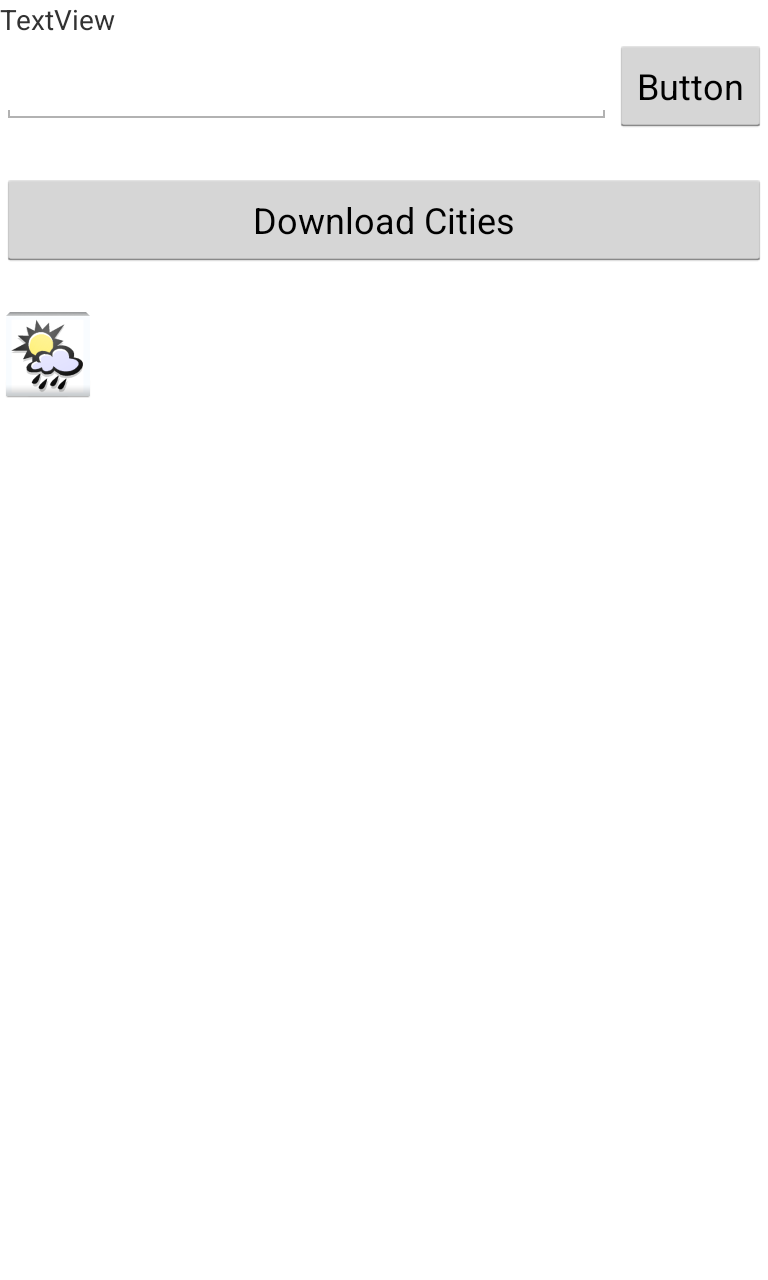
Repository: vinny1575/Java1
Layout: TempCalc20/res/layout/form.xml
An editor plug-in stored every save of this project. The layout is shown before and after the next save, followed by the edit.
It is drawn on a 768 x 1280 px phone screen (xhdpi) without system bars, with theme AppTheme; the app's code is not run.

Above is the layout before, as saved 2013-05-02 12:01:07.

After the next save:
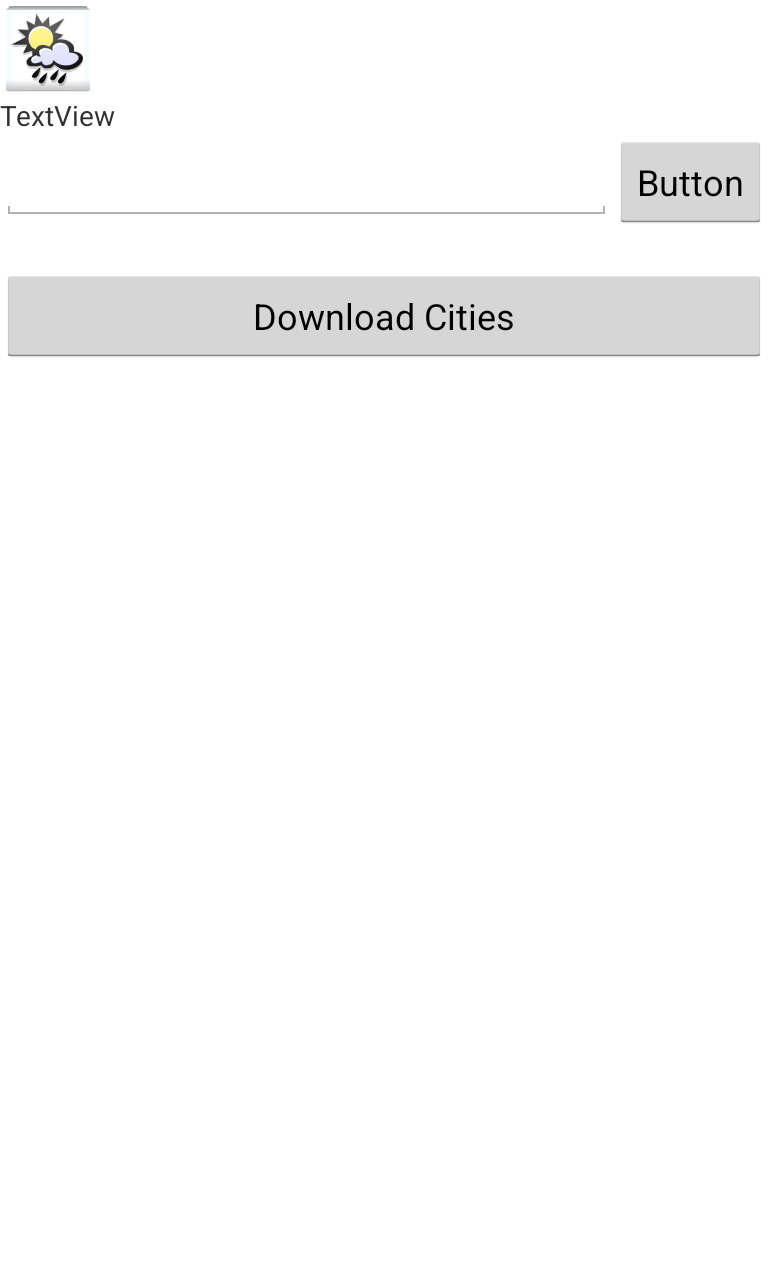
Saved 35 s later.
--- a/TempCalc20/res/layout/form.xml
+++ b/TempCalc20/res/layout/form.xml
@@ -3,6 +3,12 @@
     android:layout_width="match_parent"
     android:layout_height="match_parent"
     android:orientation="vertical" >
+
+    <ImageView
+        android:id="@+id/imageView1"
+        android:layout_width="wrap_content"
+        android:layout_height="wrap_content"
+        android:src="@drawable/weather" />
 
     <TextView
         android:id="@+id/textView2"
@@ -47,10 +53,4 @@
         android:layout_height="wrap_content"
         android:text="" />
 
-    <ImageView
-        android:id="@+id/imageView1"
-        android:layout_width="wrap_content"
-        android:layout_height="wrap_content"
-        android:src="@drawable/weather" />
-
 </LinearLayout>

After the save that followed:
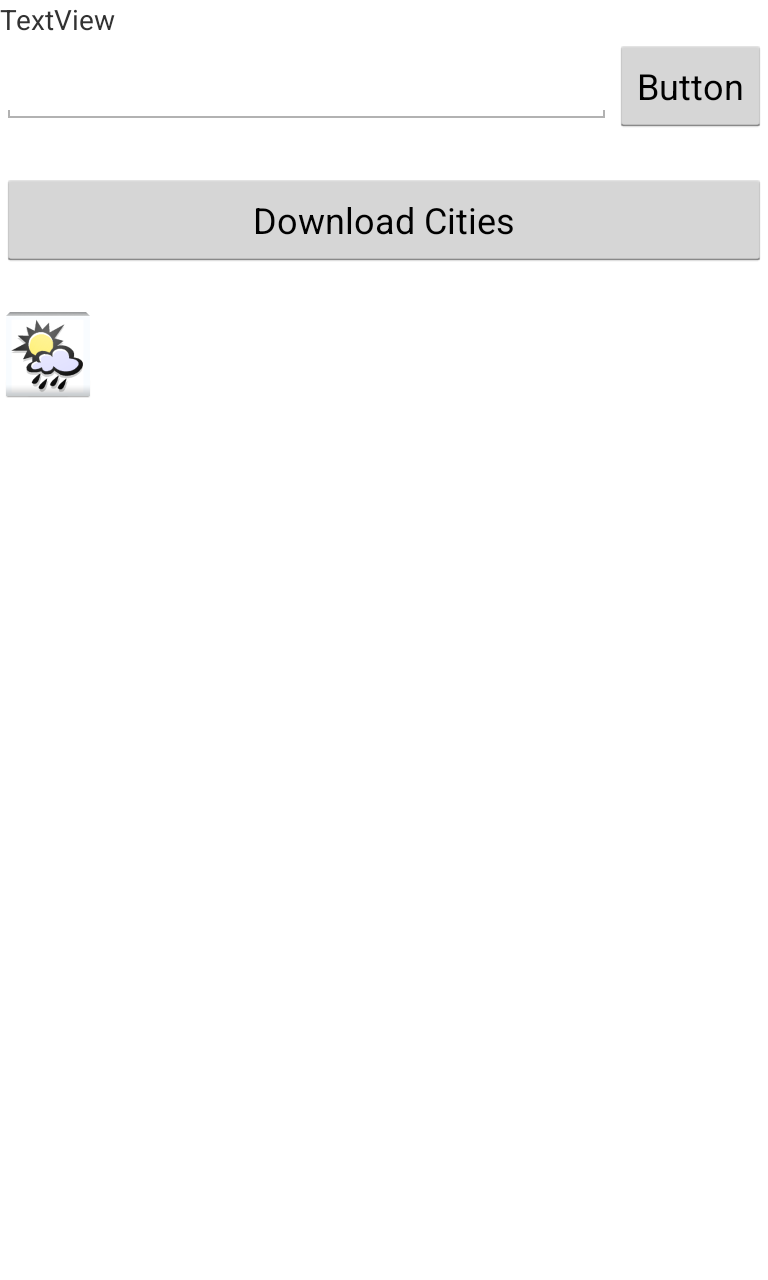
Saved 26 s later.
--- a/TempCalc20/res/layout/form.xml
+++ b/TempCalc20/res/layout/form.xml
@@ -3,12 +3,6 @@
     android:layout_width="match_parent"
     android:layout_height="match_parent"
     android:orientation="vertical" >
-
-    <ImageView
-        android:id="@+id/imageView1"
-        android:layout_width="wrap_content"
-        android:layout_height="wrap_content"
-        android:src="@drawable/weather" />
 
     <TextView
         android:id="@+id/textView2"
@@ -53,4 +47,10 @@
         android:layout_height="wrap_content"
         android:text="" />
 
+    <ImageView
+        android:id="@+id/imageView1"
+        android:layout_width="wrap_content"
+        android:layout_height="wrap_content"
+        android:src="@drawable/weather" />
+
 </LinearLayout>
